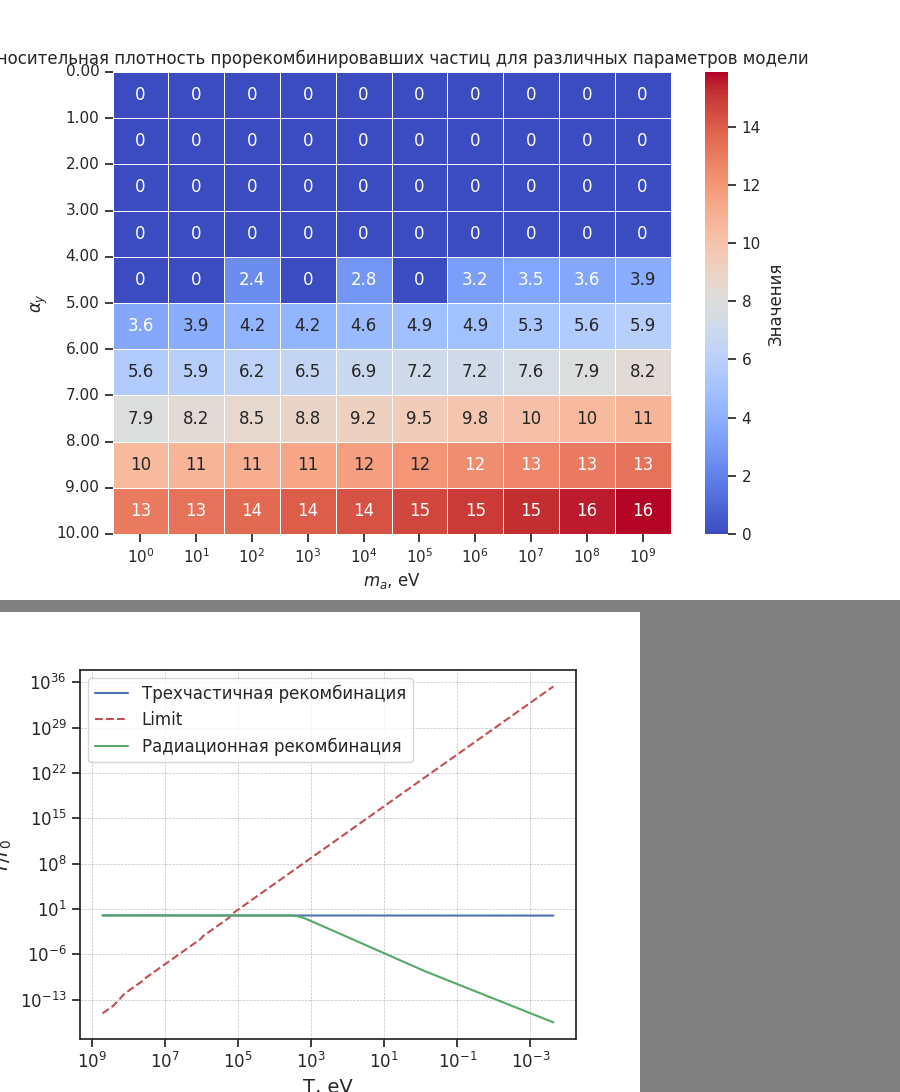
Repository: impermast/recombination
Script's output: python raschet/rec.py
An editor plug-in stored every save of this project. The script's output is shown before and after the next save, followed by the edit.
Each picture stacks the figures in order, with grey between them; figures that are only written to a file come last. Random numbers start from a fixed seed.

Above is the script's output before, as saved 2023-05-13 22:12:19.

After the next save:
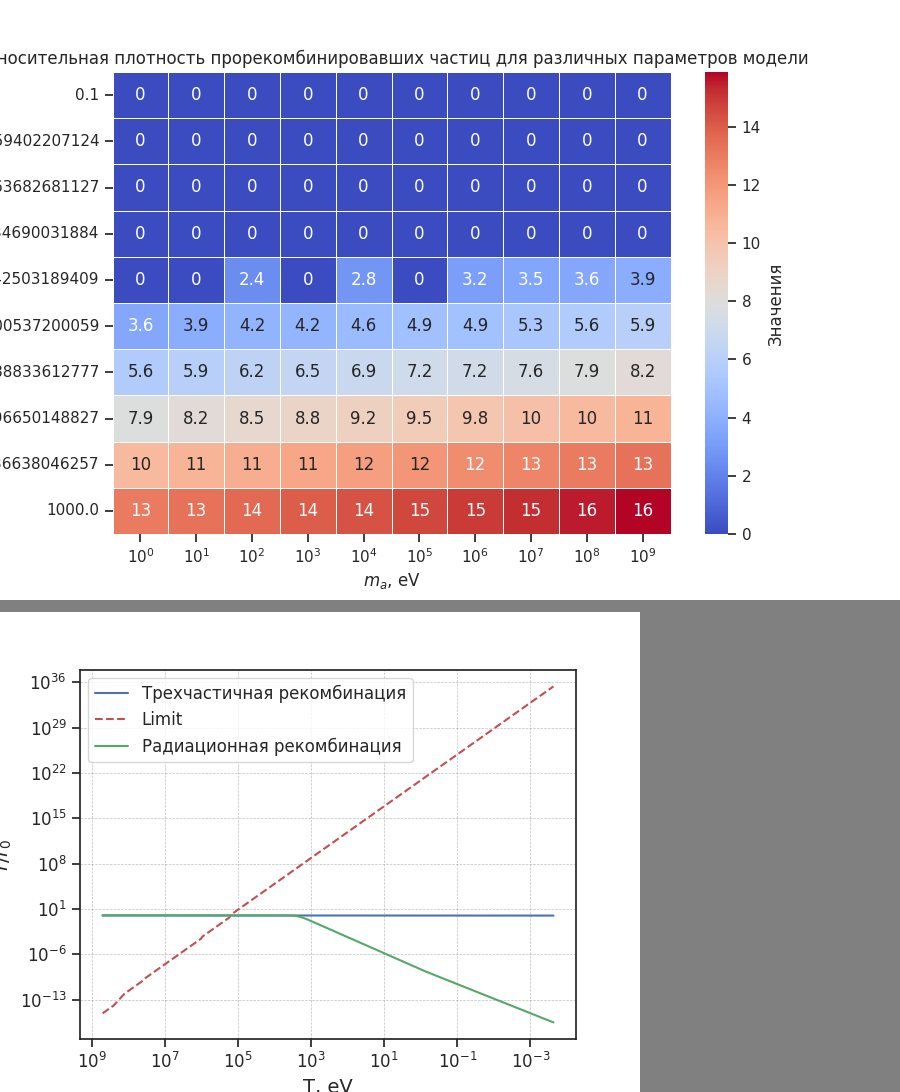
Saved 52 s later.
--- a/raschet/rec.py
+++ b/raschet/rec.py
@@ -84,8 +84,7 @@ def heatplot(df):
     sns.heatmap(df, annot=True, linewidths=.5, ax=ax, cmap='coolwarm', cbar_kws={'label': 'Значения'})
     ax.set(xlabel=r'$m_a$, eV', ylabel=r'$\alpha_y$', title='Относительная плотность прорекомбинировавших частиц для различных параметров модели')
     ax.xaxis.set_major_formatter(ticker.FuncFormatter(lambda x, pos: f'$10^{{{(x-0.5):.0f}}}$'))
-    ax.yaxis.set_major_formatter(ticker.FormatStrFormatter('%1.2f'))
-    ax.yaxis.set_major_locator(ticker.MaxNLocator(integer=True))
+
     plt.xticks(rotation=0)
 
     # Add contour lines
